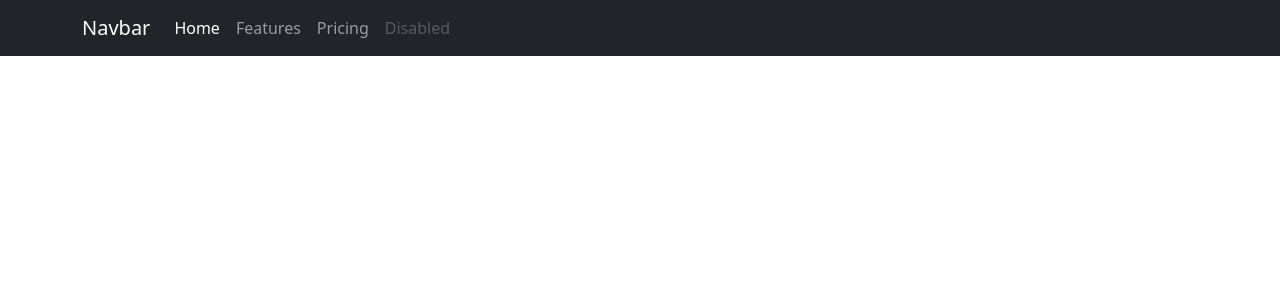
Repository: GScholl/ProjetoWeb_
Page: index.html
The author's editor kept a copy of each file at every save. The page is drawn from the files as they stood at one save, then again after the next save.
The browser window is 1280 px wide. The pictures show the whole page.

Above is the page before, as saved 2023-08-23 08:54:28.

After the next save:
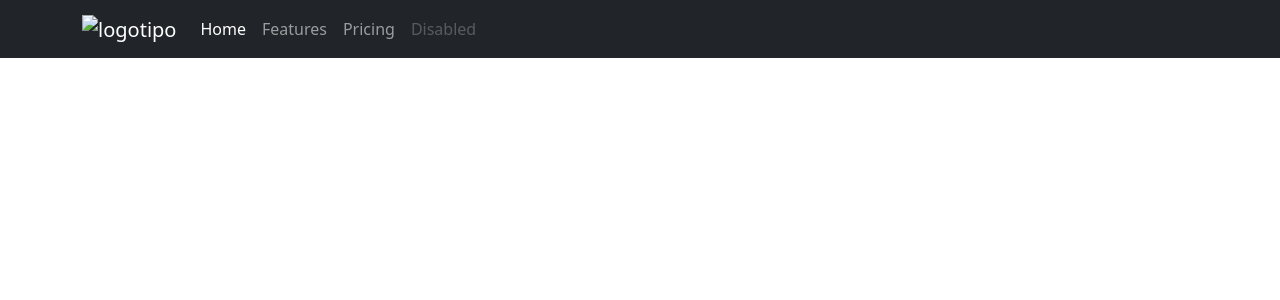
Saved 15 s later.
--- a/index.html
+++ b/index.html
@@ -12,7 +12,7 @@
 <body>
 <nav class="navbar navbar-expand-lg navbar-dark bg-dark t">
   <div class="container">
-    <a class="navbar-brand" href="#">Navbar</a>
+    <a class="navbar-brand" href="#"><img src="" alt="logotipo" class="logo"></a>
     <button class="navbar-toggler" type="button" data-bs-toggle="collapse" data-bs-target="#navbarNav"
       aria-controls="navbarNav" aria-expanded="false" aria-label="Toggle navigation">
       <span class="navbar-toggler-icon"></span>
